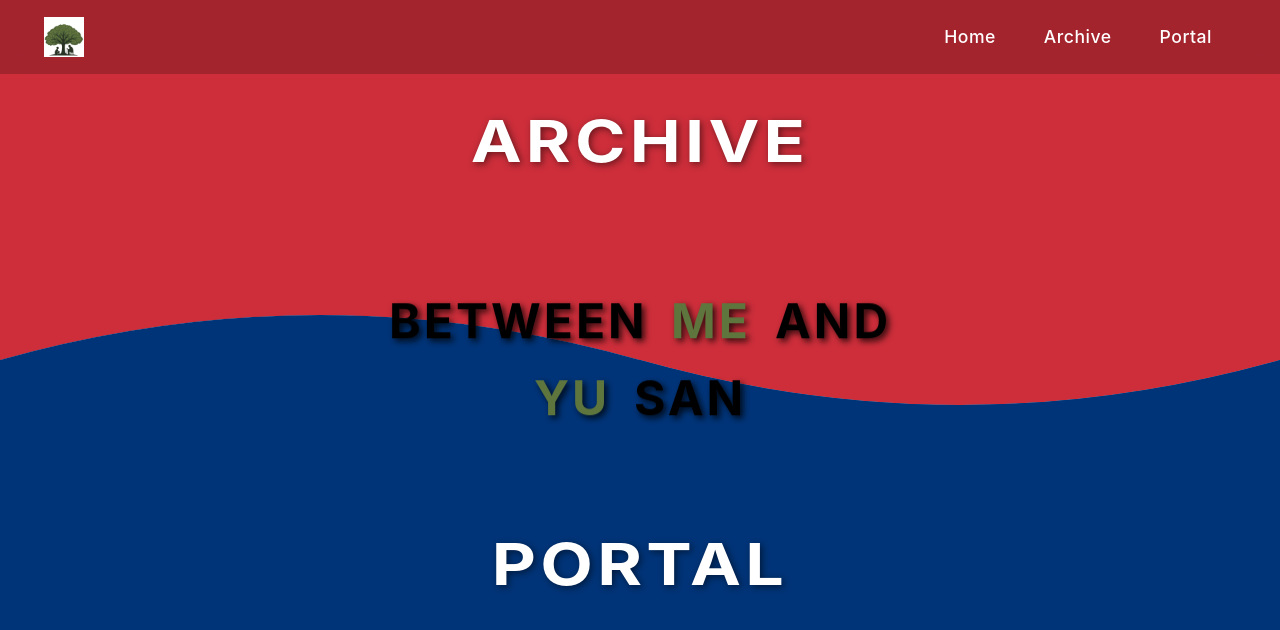
Repository: joshliu14/betweenmeandyusan
Page: /
An editor plug-in stored every save of this project. The page is shown before and after the next save, followed by the edit.
The browser window is 1280 px wide. The pictures show the whole page.
The project was rebuilt for these pictures with package versions that can differ from the ones it lists, and the page was loaded fresh each time. Also part of the build but not shown: src/components/SearchPage.js, src/components/PortalPage.js, src/components/StorySubmissionPage.js.

Above is the page before, as saved 2025-06-10 20:23:10.

### public/index.html
<!DOCTYPE html>
<html lang="en">
  <head>
    <meta charset="utf-8" />
    <link rel="icon" href="%PUBLIC_URL%/favicon.ico" />
    <meta name="viewport" content="width=device-width, initial-scale=1" />
    <meta name="theme-color" content="#000000" />
    <meta
      name="description"
      content="Web site created using create-react-app"
    />
    <link rel="apple-touch-icon" href="%PUBLIC_URL%/logo192.png" />
    <!--
      manifest.json provides metadata used when your web app is installed on a
      user's mobile device or desktop. See https://developers.google.com/web/fundamentals/web-app-manifest/
    -->
    <link rel="manifest" href="%PUBLIC_URL%/manifest.json" />
    <!--
      Notice the use of %PUBLIC_URL% in the tags above.
      It will be replaced with the URL of the `public` folder during the build.
      Only files inside the `public` folder can be referenced from the HTML.

      Unlike "/favicon.ico" or "favicon.ico", "%PUBLIC_URL%/favicon.ico" will
      work correctly both with client-side routing and a non-root public URL.
      Learn how to configure a non-root public URL by running `npm run build`.
    -->
    <title>Between Me And Yusan</title>
  </head>
  <body>
    <noscript>You need to enable JavaScript to run this app.</noscript>
    <div id="root"></div>
    <!--
      This HTML file is a template.
      If you open it directly in the browser, you will see an empty page.

      You can add webfonts, meta tags, or analytics to this file.
      The build step will place the bundled scripts into the <body> tag.

      To begin the development, run `npm start` or `yarn start`.
      To create a production bundle, use `npm run build` or `yarn build`.
    -->
  </body>
</html>

### src/App.js
// src/App.js
import React from 'react';
import { BrowserRouter as Router, Routes, Route } from 'react-router-dom';
import 'bootstrap/dist/css/bootstrap.min.css';
import './App.css';
import HomePage from './components/HomePage';
import SearchPage from './components/SearchPage';
import PortalPage from './components/PortalPage';
import StorySubmissionPage from './components/StorySubmissionPage';
import Navigation from './components/Navigation';

function App() {
  return (
    <Router>
      <div className="App">
        <Navigation />
        <Routes>
          <Route path="/" element={<HomePage />} />
          <Route path="/search" element={<SearchPage />} />
          <Route path="/portal" element={<PortalPage />} />
          <Route path="/submit-story" element={<StorySubmissionPage />} />
        </Routes>
      </div>
    </Router>
  );
}

export default App;

### src/App.css
/* src/App.css */
.App {
  min-height: 100vh;
  font-family: -apple-system, BlinkMacSystemFont, 'Segoe UI', 'Roboto', 'Oxygen',
    'Ubuntu', 'Cantarell', 'Fira Sans', 'Droid Sans', 'Helvetica Neue',
    sans-serif;
}

/* Custom Korean-inspired colors */
:root {
  --korean-red: #cd2e3a;
  --korean-blue: #003478;
  --korean-white: #ffffff;
  --light-gray: #f8f9fa;
}

/* Navigation Styles */
.navigation-bar {
  z-index: 1000;
  padding: 1rem 2rem;
  background: rgba(0, 0, 0, 0.1) !important;
  backdrop-filter: blur(10px);
  transition: all 0.3s ease;
}

.navigation-bar:hover {
  background: rgba(0, 0, 0, 0.2) !important;
}

.nav-link-custom {
  color: white !important;
  font-weight: 500;
  font-size: 1.1rem;
  margin: 0 1rem;
  transition: all 0.3s ease;
  text-decoration: none;
  letter-spacing: 0.5px;
}

.nav-link-custom:hover {
  color: #ffd700 !important;
  transform: translateY(-2px);
}

.logo-container {
  display: flex;
  align-items: center;
}

.navbar-logo {
  height: 40px;
  width: auto;
  transition: transform 0.3s ease;
}

.navbar-logo:hover {
  transform: scale(1.1);
}

/* New Home Page Styles */
.home-container {
  min-height: 100vh;
  display: flex;
  align-items: center;
  justify-content: center;
  position: relative;
  overflow: hidden;
}

.background-pattern {
  position: absolute;
  top: 0;
  left: 0;
  width: 100%;
  height: 100%;
  background: url("data:[embedded picture, 390 characters]") repeat;
  animation: float 30s infinite linear;
  z-index: 1;
}

@keyframes float {
  0% { transform: translateX(0px) translateY(0px); }
  25% { transform: translateX(10px) translateY(-10px); }
  50% { transform: translateX(0px) translateY(-20px); }
  75% { transform: translateX(-10px) translateY(-10px); }
  100% { transform: translateX(0px) translateY(0px); }
}

.yin-yang-container {
  position: relative;
  width: 100%;
  height: 100vh;
  display: flex;
  align-items: center;
  justify-content: center;
}

.yin-yang-wave {
  position: absolute;
  width: 100%;
  height: 100%;
  top: 0;
  left: 0;
  z-index: 2;
}

.clickable-section {
  cursor: pointer;
  transition: all 0.3s ease;
}

.clickable-section:hover {
  filter: brightness(1.1);
}

/* Button hover effects and animations */
.top-button-group, .bottom-button-group {
  cursor: pointer;
  transition: all 0.3s ease;
}

/* Top section hover effects */
.top-button-group:hover .top-shape {
  fill: #a82329 !important; /* Darker red on hover */
  transition: fill 0.3s ease;
}

.top-button-group:hover .top-text {
  fill: white;
  transform: scale(1.1);
  transition: all 0.3s ease;
}

/* Bottom section hover effects */
.bottom-button-group:hover .bottom-shape {
  fill: #002356 !important; /* Darker blue on hover */
  transition: fill 0.3s ease;
}

.bottom-button-group:hover .bottom-text {
  fill: white;
  transform: scale(1.1);
  transition: all 0.3s ease;
}

/* Add subtle glow effect on hover */
.top-button-group:hover {
  filter: drop-shadow(0 0 20px rgba(168, 35, 41, 0.5));
}

.bottom-button-group:hover {
  filter: drop-shadow(0 0 20px rgba(0, 35, 86, 0.5));
}

/* Animation for the shapes */
.top-shape, .bottom-shape {
  transition: fill 0.3s ease, transform 0.3s ease;
}

.top-text, .bottom-text {
  transition: fill 0.3s ease, transform 0.3s ease;
  transform-origin: center;
}

/* Add a subtle pulse animation */
@keyframes pulse {
  0% { opacity: 1; }
  50% { opacity: 0.8; }
  100% { opacity: 1; }
}

.top-button-group:hover, .bottom-button-group:hover {
  animation: pulse 2s infinite;
}

.section-text {
  font-size: 4rem;
  font-weight: 700;
  letter-spacing: 4px;
  fill: white;
  text-shadow: 2px 2px 8px rgba(0, 0, 0, 0.5);
  cursor: pointer;
  transition: all 0.3s ease;
}

.section-text:hover {
  filter: drop-shadow(4px 4px 12px rgba(0, 0, 0, 0.7));
  transform: translateY(-2px);
}

.yin-circle, .yang-circle {
  filter: drop-shadow(0 4px 8px rgba(0, 0, 0, 0.3));
}

.main-title-container {
  position: absolute;
  top: 50%;
  left: 50%;
  transform: translate(-50%, -50%);
  z-index: 5;
}

.main-title {
  font-size: 4rem;
  font-weight: 800;
  color: white;
  text-align: center;
  text-shadow: 3px 3px 6px rgba(0, 0, 0, 0.8);
  letter-spacing: 3px;
  margin: 0;
  padding: 0 2rem;
  display: flex;
  flex-wrap: wrap;
  justify-content: center;
  gap: 1.5rem;
  line-height: 1.1;
}

.title-word {
  display: inline-block;
  opacity: 0;
  animation: elegantReveal 1.5s cubic-bezier(0.25, 0.46, 0.45, 0.94) forwards;
}

.title-word:nth-child(1) {
  animation-delay: 0.3s;
}

.title-word:nth-child(2) {
  animation-delay: 0.6s;
}

.title-word:nth-child(3) {
  animation-delay: 0.9s;
}

.title-word:nth-child(4) {
  animation-delay: 1.2s;
}

@keyframes elegantReveal {
  0% {
    opacity: 0;
    transform: translateY(30px) scale(0.95);
    filter: blur(2px);
  }
  50% {
    opacity: 0.7;
    transform: translateY(-5px) scale(1.02);
    filter: blur(0px);
  }
  100% {
    opacity: 1;
    transform: translateY(0) scale(1);
    filter: blur(0px);
  }
}

/* Search Page Styles */
.search-container {
  min-height: 100vh;
  background: linear-gradient(135deg, #f8f9fa 0%, #e9ecef 100%);
  padding: 100px 0 50px 0;
}

.search-logo {
  display: block;
  margin: 0 auto;        /* centers the image horizontally */
  max-width: 150px;      /* adjust size as needed */
  height: auto;          /* maintain aspect ratio */
}

.search-header {
  text-align: center;
  margin-bottom: 50px;
}

@keyframes fadeInUp {
  from {
    opacity: 0;
    transform: translateY(30px);
  }
  to {
    opacity: 1;
    transform: translateY(0);
  }
}

.search-title {
  font-size: 2.8rem;
  font-weight: 700;
  color: #333;
  margin-bottom: 30px;
  animation: fadeInUp 1s ease-out 0.2s forwards;
  opacity: 0;
  letter-spacing: 1px;
}

.search-form {
  max-width: 600px;
  margin: 0 auto;
  animation: fadeInUp 1s ease-out 0.4s forwards;
  opacity: 0;
}

.search-input {
  border: 2px solid #ddd;
  border-radius: 50px;
  font-size: 1.1rem;
  padding: 15px 25px;
  transition: all 0.3s ease;
  font-weight: 400;
}

.search-input:focus {
  border-color: var(--korean-red);
  box-shadow: 0 0 0 0.2rem rgba(205, 46, 58, 0.25);
}

.search-btn {
  background: var(--korean-red);
  border: none;
  border-radius: 50px;
  padding: 15px 30px;
  color: white;
  font-weight: 600;
  transition: all 0.3s ease;
  letter-spacing: 0.5px;
}

.search-btn:hover {
  background: #b02530;
  transform: translateY(-2px);
  box-shadow: 0 4px 15px rgba(205, 46, 58, 0.3);
}

/* Results Styles */
.results-container {
  max-width: 800px;
  margin: 50px auto 0;
  animation: fadeInUp 1s ease-out 0.6s forwards;
  opacity: 0;
}

.veteran-card {
  background: white;
  border-radius: 15px;
  padding: 30px;
  margin-bottom: 30px;
  box-shadow: 0 5px 15px rgba(0, 0, 0, 0.1);
  transition: all 0.3s ease;
  border-left: 5px solid var(--korean-red);
}

.veteran-card:hover {
  transform: translateY(-5px);
  box-shadow: 0 10px 25px rgba(0, 0, 0, 0.15);
}

.veteran-photo {
  width: 150px;
  height: 200px;
  object-fit: cover;
  border-radius: 10px;
  border: 3px solid #ddd;
}

.veteran-name {
  font-size: 1.9rem;
  font-weight: 600;
  color: #333;
  margin-bottom: 10px;
  letter-spacing: 0.5px;
}

.veteran-location {
  color: var(--korean-red);
  font-weight: 600;
  font-size: 1.1rem;
  letter-spacing: 0.5px;
}

.flag-icon {
  width: 30px;
  height: 20px;
  margin-left: 10px;
  background: linear-gradient(to bottom, #ff0000 33%, #ffffff 33%, #ffffff 66%, #ff0000 66%);
  border: 1px solid #ddd;
}

/* Portal Page Styles */
.portal-container {
  min-height: 100vh;
  background: linear-gradient(135deg, var(--korean-blue) 0%, var(--korean-red) 100%);
  padding: 100px 20px 50px 20px;
  color: white;
}

.portal-content {
  max-width: 800px;
  margin: 0 auto;
  text-align: center;
}

.portal-title {
  font-size: 3.2rem;
  font-weight: 800;
  margin-bottom: 30px;
  text-shadow: 2px 2px 4px rgba(0, 0, 0, 0.5);
  letter-spacing: 2px;
}

.portal-subtitle {
  font-size: 1.3rem;
  font-weight: 400;
  margin-bottom: 50px;
  opacity: 0.9;
  letter-spacing: 0.5px;
}

.portal-card {
  background: rgba(255, 255, 255, 0.95);
  color: #333;
  border-radius: 20px;
  padding: 40px;
  margin: 30px 0;
  box-shadow: 0 10px 30px rgba(0, 0, 0, 0.2);
  transition: all 0.3s ease;
}

.portal-card:hover {
  transform: translateY(-5px);
  box-shadow: 0 15px 40px rgba(0, 0, 0, 0.3);
}

.story-form {
  max-width: 600px;
  margin: 0 auto;
}

.form-group {
  margin-bottom: 25px;
  text-align: left;
}

.form-label {
  font-weight: 600;
  margin-bottom: 8px;
  color: #333;
  letter-spacing: 0.3px;
}

.form-control {
  border: 2px solid #ddd;
  border-radius: 10px;
  padding: 12px 15px;
  font-size: 1.1rem;
  transition: all 0.3s ease;
  font-weight: 400;
}

.form-control:focus {
  border-color: var(--korean-red);
  box-shadow: 0 0 0 0.2rem rgba(205, 46, 58, 0.25);
}

.btn-primary {
  background: var(--korean-red);
  border: none;
  border-radius: 50px;
  padding: 15px 40px;
  font-size: 1.2rem;
  font-weight: 600;
  transition: all 0.3s ease;
  letter-spacing: 0.5px;
}

.btn-primary:hover {
  background: #b02530;
  transform: translateY(-2px);
  box-shadow: 0 5px 15px rgba(205, 46, 58, 0.3);
}

.btn-secondary {
  background: #6c757d;
  border: none;
  border-radius: 50px;
  padding: 15px 40px;
  font-size: 1.2rem;
  font-weight: 600;
  transition: all 0.3s ease;
  color: white;
  text-decoration: none;
  display: inline-block;
  letter-spacing: 0.5px;
}

.btn-secondary:hover {
  background: #5a6268;
  transform: translateY(-2px);
  box-shadow: 0 5px 15px rgba(108, 117, 125, 0.3);
  color: white;
  text-decoration: none;
}

/* Responsive Design */
@media (max-width: 768px) {
  .navigation-bar {
    padding: 0.5rem 1rem;
  }

  .navbar-logo {
    height: 30px;
  }

  .main-title {
    font-size: 2.8rem;
    padding: 0 1rem;
    flex-direction: column;
    gap: 1rem;
  }

  .section-text {
    font-size: 2.8rem;
  }

  .search-title {
    font-size: 2.2rem;
  }

  .portal-title {
    font-size: 2.6rem;
  }

  .veteran-card {
    padding: 20px;
  }

  .veteran-card .row {
    text-align: center;
  }

  .veteran-photo {
    margin-bottom: 20px;
  }
}

@media (max-width: 480px) {
  .main-title {
    font-size: 2.2rem;
  }

  .section-text {
    font-size: 2.2rem;
  }
}

.title-word {
  font-weight: bold;
  font-size: 3rem;
  color: black;
}

.title-word.green {
  color: #5E763E;
}

### src/components/HomePage.js
// src/components/HomePage.js

function HomePage() {
  return (
    <div className="home-container">
      {/* Animated background pattern */}
      <div className="background-pattern"></div>

      {/* Yin-Yang Wave Container with integrated buttons */}
      <div className="yin-yang-container">
        <svg className="yin-yang-wave" viewBox="0 0 1200 800" preserveAspectRatio="none">
          <defs>
            <clipPath id="topClip">
              <path d="M0,0 L1200,0 L1200,400 Q900,500 600,400 T0,400 Z" />
            </clipPath>
            <clipPath id="bottomClip">
              <path d="M0,400 Q300,300 600,400 T1200,400 L1200,800 L0,800 Z" />
            </clipPath>
          </defs>

          <a href="/search" style={{ textDecoration: 'none' }} className="top-button-group">
            <rect x="0" y="0" width="1200" height="400" fill="var(--korean-red)" clipPath="url(#topClip)" className="clickable-section top-shape" />
            <path d="M0,0 L1200,0 L1200,400 Q900,500 600,400 T0,400 Z" fill="var(--korean-red)" className="clickable-section top-shape" />
            <text x="600" y="180" textAnchor="middle" className="section-text archive-text top-text">ARCHIVE</text>
          </a>

          <a href="/portal" style={{ textDecoration: 'none' }} className="bottom-button-group">
            <rect x="0" y="400" width="1200" height="400" fill="var(--korean-blue)" clipPath="url(#bottomClip)" className="clickable-section bottom-shape" />
            <path d="M0,400 Q300,300 600,400 T1200,400 L1200,800 L0,800 Z" fill="var(--korean-blue)" className="clickable-section bottom-shape" />
            <text x="600" y="650" textAnchor="middle" className="section-text portal-text bottom-text">PORTAL</text>
          </a>
        </svg>

        {/* Main title with styled "ME" and "YU" */}
        <div className="main-title-container">
          <h1 className="main-title">
            <span className="title-word">BETWEEN</span>{' '}
            <span className="title-word green">ME</span>{' '}
            <span className="title-word">AND</span>{' '}
            <span className="title-word green">YU</span>
            <span className="title-word">SAN</span>
          </h1>
        </div>
      </div>
    </div>
  );
}

export default HomePage;

### src/components/Navigation.js
// src/components/Navigation.js
import React from 'react';
import { Navbar, Nav } from 'react-bootstrap';
import { Link } from 'react-router-dom';

function Navigation() {
  return (
    <Navbar bg="transparent" variant="dark" expand="lg" className="navigation-bar" fixed="top">
      <div className="container-fluid">
        <div className="logo-container">
          <img src="/logo.png" alt="Logo" className="navbar-logo" />
        </div>
        <Navbar.Toggle aria-controls="basic-navbar-nav" />
        <Navbar.Collapse id="basic-navbar-nav">
          <Nav className="ms-auto">
            <Nav.Link as={Link} to="/" className="nav-link-custom">Home</Nav.Link>
            <Nav.Link as={Link} to="/search" className="nav-link-custom">Archive</Nav.Link>
            <Nav.Link as={Link} to="/portal" className="nav-link-custom">Portal</Nav.Link>
          </Nav>
        </Navbar.Collapse>
      </div>
    </Navbar>
  );
}

export default Navigation;

Loaded but not shown: src/index.js (common file); src/index.css (common file); src/reportWebVitals.js (common file)

After the next save:
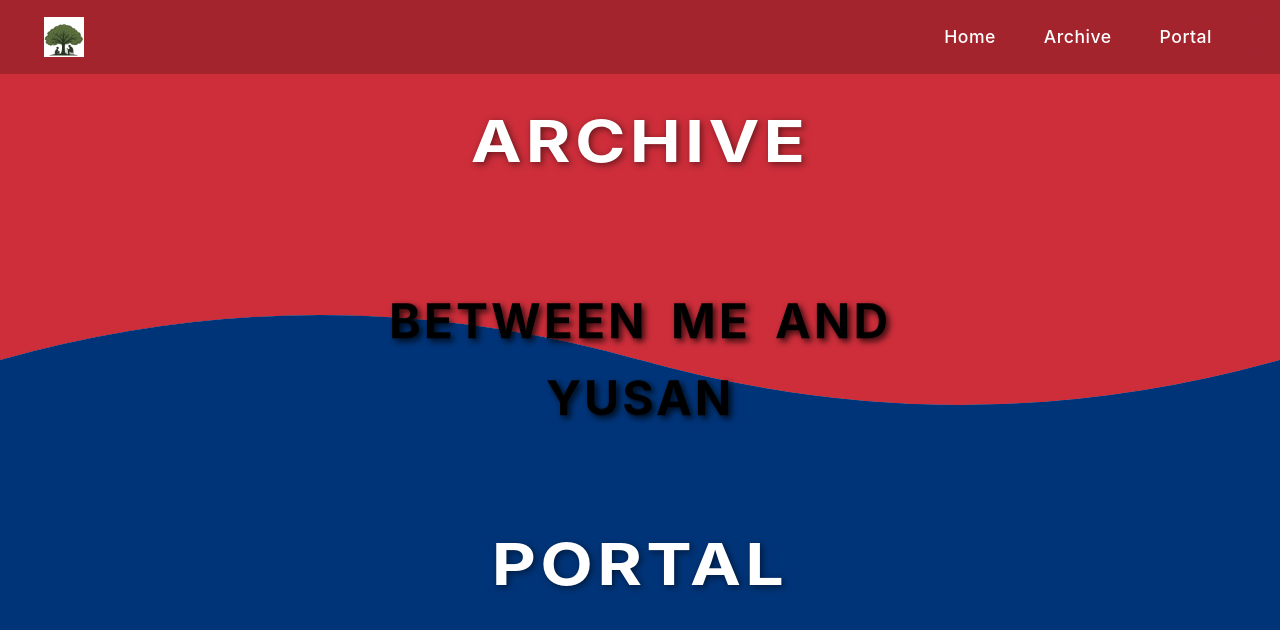
Saved 2 min 10 s later.
--- a/src/components/HomePage.js
+++ b/src/components/HomePage.js
@@ -1,4 +1,4 @@
-// src/components/HomePage.js
+// src/components/HomePage.
 
 function HomePage() {
   return (
@@ -9,6 +9,7 @@
       {/* Yin-Yang Wave Container with integrated buttons */}
       <div className="yin-yang-container">
         <svg className="yin-yang-wave" viewBox="0 0 1200 800" preserveAspectRatio="none">
+          {/* Top section (Archive) - Red */}
           <defs>
             <clipPath id="topClip">
               <path d="M0,0 L1200,0 L1200,400 Q900,500 600,400 T0,400 Z" />
@@ -18,27 +19,28 @@
             </clipPath>
           </defs>
 
-          <a href="/search" style={{ textDecoration: 'none' }} className="top-button-group">
+          {/* Top clickable area with shape AND text */}
+          <a href="/search" style={{textDecoration: 'none'}} className="top-button-group">
             <rect x="0" y="0" width="1200" height="400" fill="var(--korean-red)" clipPath="url(#topClip)" className="clickable-section top-shape" />
             <path d="M0,0 L1200,0 L1200,400 Q900,500 600,400 T0,400 Z" fill="var(--korean-red)" className="clickable-section top-shape" />
             <text x="600" y="180" textAnchor="middle" className="section-text archive-text top-text">ARCHIVE</text>
           </a>
 
-          <a href="/portal" style={{ textDecoration: 'none' }} className="bottom-button-group">
+          {/* Bottom clickable area with shape AND text */}
+          <a href="/portal" style={{textDecoration: 'none'}} className="bottom-button-group">
             <rect x="0" y="400" width="1200" height="400" fill="var(--korean-blue)" clipPath="url(#bottomClip)" className="clickable-section bottom-shape" />
             <path d="M0,400 Q300,300 600,400 T1200,400 L1200,800 L0,800 Z" fill="var(--korean-blue)" className="clickable-section bottom-shape" />
             <text x="600" y="650" textAnchor="middle" className="section-text portal-text bottom-text">PORTAL</text>
           </a>
         </svg>
 
-        {/* Main title with styled "ME" and "YU" */}
+        {/* Main title with new animation */}
         <div className="main-title-container">
           <h1 className="main-title">
-            <span className="title-word">BETWEEN</span>{' '}
-            <span className="title-word green">ME</span>{' '}
-            <span className="title-word">AND</span>{' '}
-            <span className="title-word green">YU</span>
-            <span className="title-word">SAN</span>
+            <span className="title-word">BETWEEN</span>
+            <span className="title-word">ME</span>
+            <span className="title-word">AND</span>
+            <span className="title-word">YUSAN</span>
           </h1>
         </div>
       </div>
